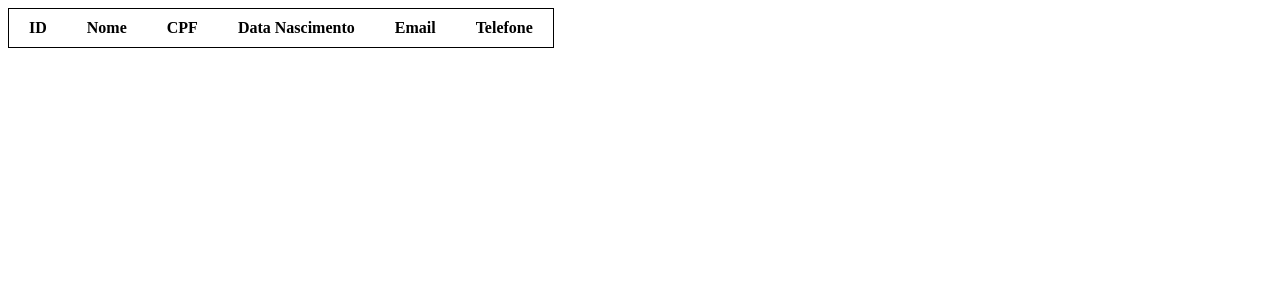
Repository: ujota/crud-cliente
Page: api-clientes/front/html/cliente.html
The author's editor kept a copy of each file at every save. The page is drawn from the files as they stood at one save, then again after the next save.
The browser window is 1280 px wide. The pictures show the whole page.
The page's requests for data from a server got no answer.

Above is the page before, as saved 2022-10-03 04:11:37.

After the next save:
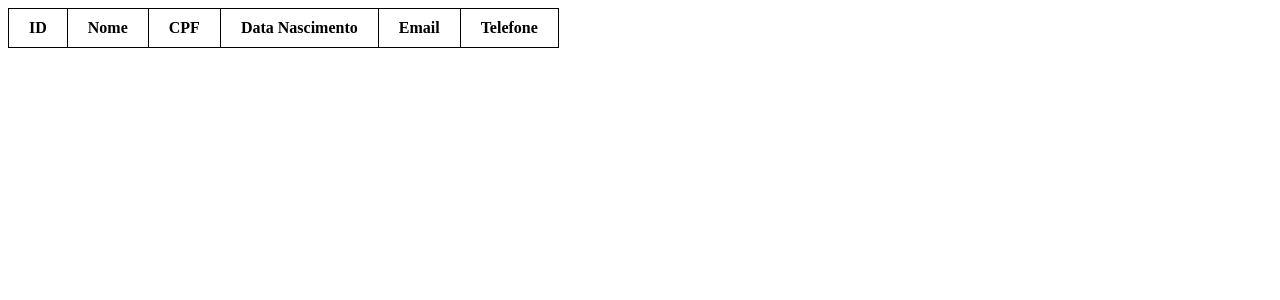
Saved 19 s later.
--- a/api-clientes/front/css/cliente.css
+++ b/api-clientes/front/css/cliente.css
@@ -1,8 +1,9 @@
 table{
-	border:1px solid black;
+
     border-collapse: collapse;
     border-spacing: 0;
 }
 th, td{
+	border:1px solid black;
     padding: 10px 20px;
 }
